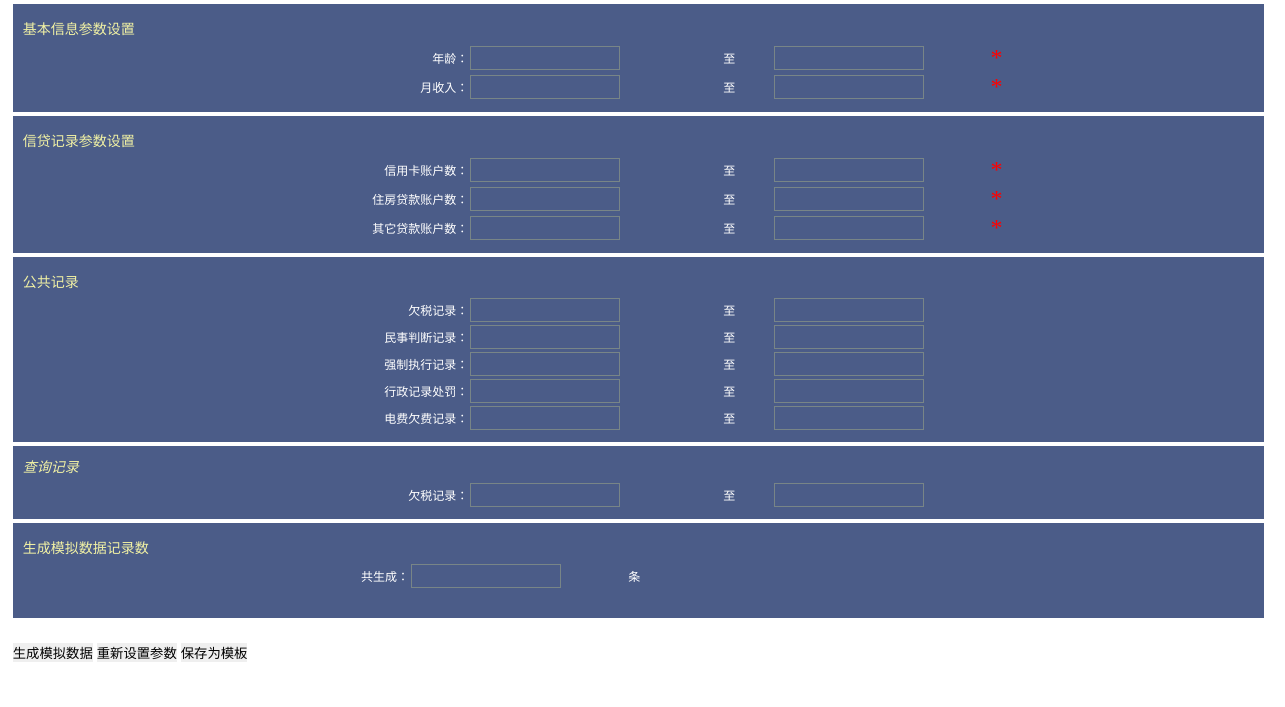
Repository: trieyouth/BigData
Page: http://localhost/BigData/WEB-INF/views/client-credit-analyse-system/data-collect/generateData.jsp
An editor plug-in stored every save of this project. The page is shown before and after the next save, followed by the edit.
The browser window is 1280 px wide. The page is 1285 px wide, so the pictures cover 1285 px, including what lies to the right of the window. The pictures show the whole page.
The page is served by Tomcat 9. Nobody is signed in. The template is opened directly, without the code that normally fills it, so the values that code supplies are empty.

Above is the page before, as saved 2016-03-07 11:33:58.

After the next save:
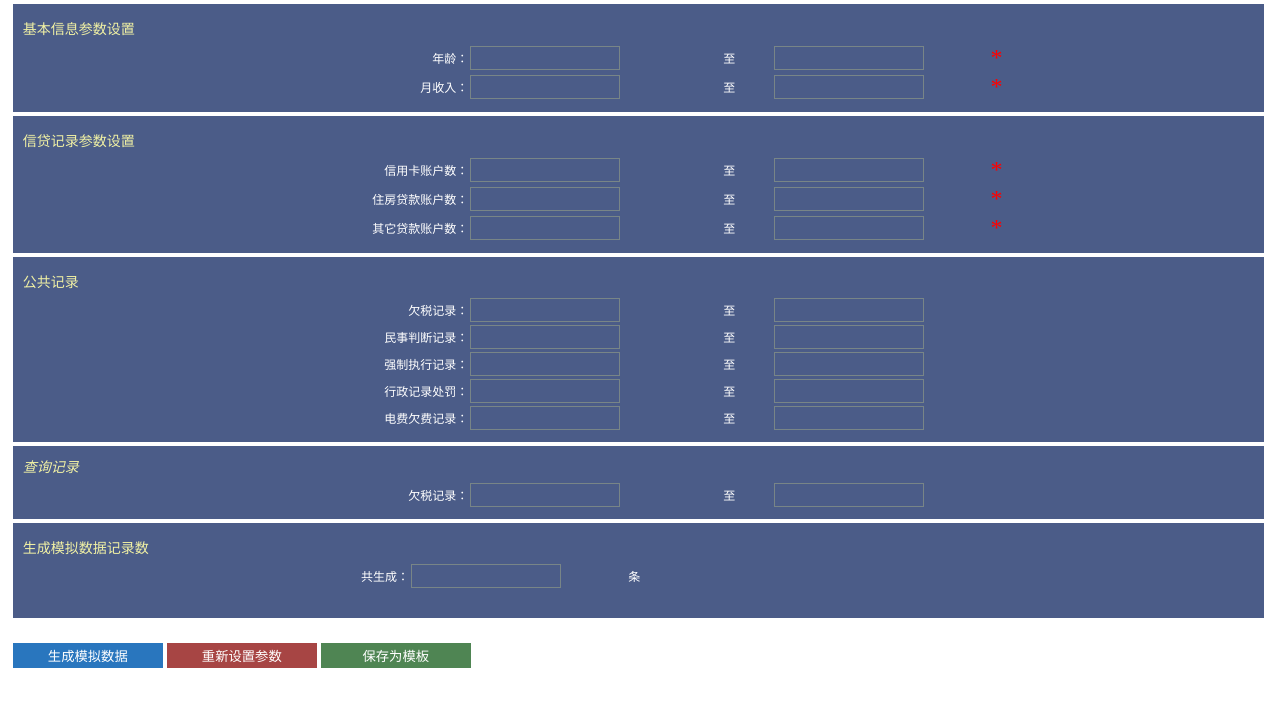
Saved 27 s later.
--- a/BigData/WebRoot/WEB-INF/views/client-credit-analyse-system/data-collect/generateData.jsp
+++ b/BigData/WebRoot/WEB-INF/views/client-credit-analyse-system/data-collect/generateData.jsp
@@ -204,10 +204,10 @@ String basePath = request.getScheme()+"://"+request.getServerName()+":"+request.
   <div style="height:25px; width:100%;padding-left:5px;ling-height:25px;">${OperateStatus }</div>
   <!--选择按钮功能-->
   <div id="buttoncon">
-    <button  id="btnBackGroundStyle1" type="submit" onclick="ClickGenerateData()" >生成模拟数据</button>
+    <button  id="button1style" type="submit" onclick="ClickGenerateData()" >生成模拟数据</button>
     <!--点击此按钮后台获得参数-->
-    <button  type="Reset" id="btnBackGroundStyle2">重新设置参数</button>
-    <button  type="submit" id="btnBackGroundStyle3" onclick="ClickSaveForTemplate()" >保存为模板</button>
+    <button  type="Reset" id="button2style">重新设置参数</button>
+    <button  type="submit" id="button3style" onclick="ClickSaveForTemplate()" >保存为模板</button>
     <!-- <button  type="Reset" id="button2style">设置生成字段</button> -->
   </div>
   <div style="height:10px; width:100%;"></div>
